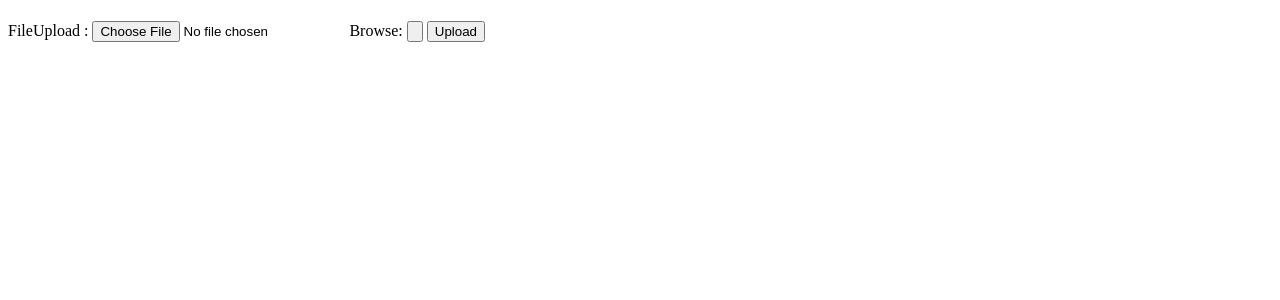
Repository: aygodbole/Coding-Assessment
Page: http://localhost/DocMgmt/resources/views/index.jsp
An editor plug-in stored every save of this project. The page is shown before and after the next save, followed by the edit.
The browser window is 1280 px wide. The pictures show the whole page.
The page is served by Tomcat 9.

Above is the page before, as saved 2017-12-20 05:02:49.

### DocMgmt/src/main/webapp/resources/views/index.jsp
<%@ page language="java" contentType="text/html; charset=ISO-8859-1" pageEncoding="ISO-8859-1"%>
<!DOCTYPE html>
<html>
<head>
	<meta charset="ISO-8859-1">
	<title>Insert title here</title>
</head>
<body ng-app ="DocManagerApp">
<div ng-controller = "DocCtrl">
<h1>{{name}} </h1>
</div>

FileUpload : <!-- <input id="fileAttUpload" type="file" data-ng-model="fileAttUpload" onchange="angular.element(this).scope().onFileSelect(this);"> -->
<input id="fileAttUpload" type="file" file-model = "myFile">
Browse: <input type="button" data-ng-click="clickUpload();">


<input type="button" value="Upload" ng-click="saveAttachments()">



<!-- jQuery (necessary for Bootstrap's JavaScript plugins) -->
 <script type="text/javascript" src='<%=request.getContextPath()%>/resources/js/jquery.min.js'></script>
<script type="text/javascript" src='<%=request.getContextPath() %>/resources/js/angular.min.js'></script>
<script type="text/javascript" src='<%=request.getContextPath() %>/resources/js/angular-route.min.js'></script>
<script type="text/javascript" src='<%=request.getContextPath() %>/resources/js/angular-resource.min.js'></script>
<script type="text/javascript" src='<%=request.getContextPath() %>/resources/js/app.js'></script>
<!-- <script src="https://ajax.googleapis.com/ajax/libs/angularjs/1.4.4/angular.js'></script>-->
</body>
</html>

### DocMgmt/src/main/webapp/resources/js/app.js
var app = angular.module('DocManagerApp', [ 'ngRoute', 'ngResource' ]);

app.controller("DocCtrl", [ '$scope', '$http', '$rootScope', '$log','$timeout',
		function($scope, $http, $rootScope, $log, $timeout) {
			$log.info("Inside Doc controller");


			$scope.saveAttachments = function(){
				$log.info("Inside save attachment");
				var fd = new FormData();
				fd.append("file",$scope.myFile);
				    $http.post("/upload", fd, {
				           transformRequest: angular.identity,
				           headers: {'Content-Type': undefined,
				           	'enctype' :'multipart/form-data'}
				       }).success(function(results){
				       	// console.log("response : _>",results);
				       	$scope.showPreLoader = false;
				if(results.STATUS=='SUCCESS'){
					$log.info("SUCCESS");
				}else {
				$scope.errorMessage = "Error in saving the Attachments";
				 }
				})
				   .error(function(data,status){
				   	$scope.showPreLoader = false;
				   	$scope.errorMessage = "Error in saving the Attachments";
				   });
				};

			$scope.clickUpload = function() {
				$timeout(function() {
					angular.element('#fileAttUpload').trigger('click');
				});
			};

			$scope.onFileSelect = function($files) {
				$timeout(function() {
					$scope.fileAttUpload = angular.element($files).val();
					$scope.file = $files.files[0];
					$scope.disableContinue = false;
				});
			};

		} ]);

app.directive('fileModel', ['$parse', function ($parse) {
    return {
       restrict: 'A',
       link: function(scope, element, attrs) {
          var model = $parse(attrs.fileModel);
          var modelSetter = model.assign;

          element.bind('change', function(){
             scope.$apply(function(){
                modelSetter(scope, element[0].files[0]);
             });
          });
       }
    };
 }]);

Loaded but not shown: DocMgmt/src/main/webapp/resources/js/jquery.min.js (library); DocMgmt/src/main/webapp/resources/js/angular.min.js (library); DocMgmt/src/main/webapp/resources/js/angular-route.min.js (library); DocMgmt/src/main/webapp/resources/js/angular-resource.min.js (library)

After the next save:
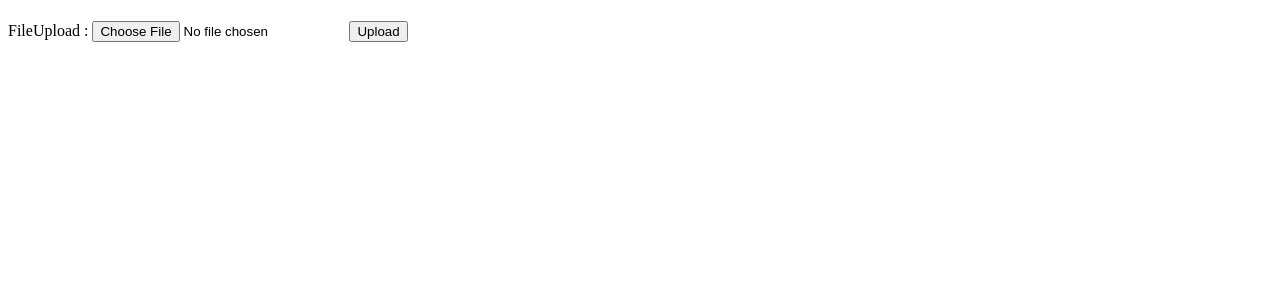
Saved 7 s later.
--- a/DocMgmt/src/main/webapp/resources/views/index.jsp
+++ b/DocMgmt/src/main/webapp/resources/views/index.jsp
@@ -12,7 +12,6 @@
 
 FileUpload : <!-- <input id="fileAttUpload" type="file" data-ng-model="fileAttUpload" onchange="angular.element(this).scope().onFileSelect(this);"> -->
 <input id="fileAttUpload" type="file" file-model = "myFile">
-Browse: <input type="button" data-ng-click="clickUpload();">
 
 
 <input type="button" value="Upload" ng-click="saveAttachments()">
